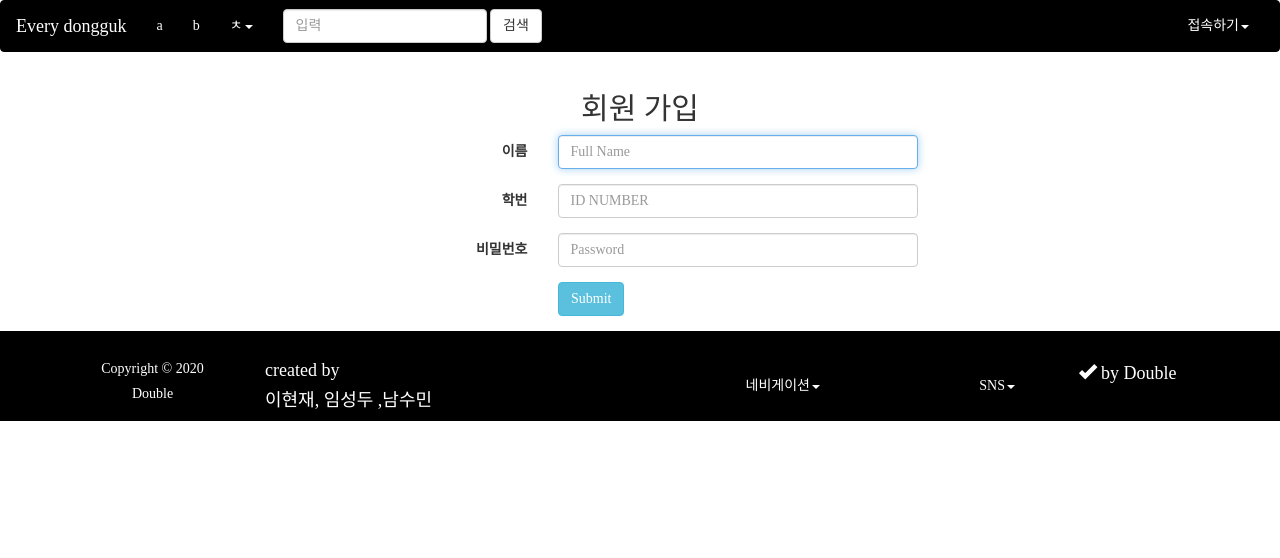
Repository: CSID-DGU/2020-1-ESCD-DOUBLE
Page: http://localhost/web/WEB-INF/views/register/registerForm.jsp
An editor plug-in stored every save of this project. The page is shown before and after the next save, followed by the edit.
The browser window is 1280 px wide. The pictures show the whole page.
Some web fonts or font styles are not loaded; a fallback is used. Some web libraries are served in a nearby version. The page is served by Tomcat 9. Nobody is signed in. Other server files are loaded and not shown. The template is opened directly, without the code that normally fills it, so the values that code supplies are empty.

Above is the page before, as saved 2020-04-29 08:13:08.

### web/src/main/webapp/WEB-INF/views/register/registerForm.jsp
<%@ page language="java" contentType="text/html; charset=EUC-KR"
    pageEncoding="EUC-KR"%>
<!DOCTYPE html>
<html>
<head>
<meta charset="EUC-KR">
<title>Insert title here</title>
<link rel="stylesheet" href="resources/css/bootstrap.css">
<link rel="stylesheet" href="resources/css/customize.css">
</head>
<body>
<script src="https://code.jquery.com/jquery-3.1.1.min.js"></script>
<script src="resources/js/bootstrap.js"></script>

<style type="text/css">


</style>

<%@include file="../template/header.jsp"%>







<div class="container text-center text-center">
            <form class="form-horizontal" role="form">
              <center>  <h2>회원 가입</h2>  </center>


				<div class="form-group" action="register_ok" method="post">
                    <label for="lastName" class="col-sm-5 control-label">이름</label>
                    <div class="col-sm-4">
                        <input type="text" id="firstName" name="name" placeholder="Full Name" class="form-control" autofocus>

                    </div>
                </div>
				<div class="form-group">
                    <label for="ID Number" class="col-sm-5 control-label">학번</label>
                    <div class="col-sm-4">
                        <input type="text" id="firstName" name="stuid" placeholder="ID NUMBER" class="form-control" autofocus>

                    </div>
                </div>

                <div class="form-group">
                    <label for="password" class="col-sm-5 control-label">비밀번호</label>
                    <div class="col-sm-4">
                        <input type="password" id="password" name="pw" placeholder="Password" class="form-control">
                    </div>
                </div>

                <div class="form-group">
                    <div class="col-md-5 col-sm-offset-3">
                        <button type="submit" class="btn btn-info">Submit</button>
                    </div>
                </div>
            </form> <!-- /form -->
        </div> <!-- ./container -->










<%@include file="../template/footer.jsp"%>
</body>
</html>

### web/src/main/webapp/WEB-INF/views/template/header.jsp
<%@ page language="java" contentType="text/html; charset=EUC-KR"
    pageEncoding="EUC-KR"%>
<!DOCTYPE html>
<html>
<head>
<meta charset="EUC-KR">
<title>Insert title here</title>
<link rel="stylesheet" href="resources/css/bootstrap.css">
<link rel="stylesheet" href="resources/css/customize.css">
</head>
<body>
<script src="https://code.jquery.com/jquery-3.1.1.min.js"></script>
<script src="resources/js/bootstrap.js"></script>

<style type="text/css">


</style>
<nav class="navbar navbar-default">
	<div class="container-fluid">

		<div class="navbar-header">
			<button type="button" class="navbar-toggle collapsed" data-toggle="collapse"
			data-target="#bs-example-navbar-collapse-1" aria-expanded="false"><!-- 크기를 줄였을때 나타나는 버튼 -->
				<span class="sr-only"></span>
				<span class="icon-bar"></span>
				<span class="icon-bar"></span>
				<span class="icon-bar"></span>
			</button>
			<a class="navbar-brand" href="index">Every dongguk</a>
		</div>

		<div class="collapse navbar-collapse" id="bs-example-navbar-collapse-1"><!-- 네비 중간 대부분을 차지함 -->
			<ul class="nav navbar-nav">
				<li class="active"><a href="a">a<span class="sr-only"></span></a></li>
				<li><a href="#">b</a></li>
				<li class="dropdown">
				<a href="#" class="dropdown-toggle" data-toggle="dropdown" role="button"
				aria-haspopup="true" aria-expanded="false">ㅊ<span class="caret"></span></a><!-- dropdown 연결이 어떤식인지는 모르겠지만 -->
					<ul class="dropdown-menu">
						<li><a href="#">냐옹</a></li>
						<li><a href="#">머멍</a></li>
						<li><a href="#">왈왈</a></li>
					</ul>
				</li>
			</ul>
			<form class="navbar-form navbar-left">
				<div class="form-group">
				<input type="text" class="form-control" placeholder="입력"></div>
				<button type="submit" class="btn btn-default">검색</button>
			</form>

			<ul class="nav navbar-nav navbar-right">
				<li class="dropdown">
					<a href="#" class="dropdown-toggle" data-toggle="dropdown" role="button"
					aria-haspopup="true" aria-expanded="false">접속하기<span class="caret"></span></a>
					<ul class="dropdown-menu">
						<li><a href="login_form">로그인</a></li>
						<li><a href="register_form">회원가입</a></li>
					</ul>

				</li>
			</ul>

		</div>
	</div>
</nav>



</body>
</html>

### web/src/main/webapp/WEB-INF/views/template/footer.jsp
<%@ page language="java" contentType="text/html; charset=EUC-KR"
    pageEncoding="EUC-KR"%>
<!DOCTYPE html>
<html>
<head>
<meta charset="EUC-KR">
<title>Insert title here</title>
<link rel="stylesheet" href="resources/css/bootstrap.css">
<link rel="stylesheet" href="resources/css/customize.css">
</head>
<body>
<script src="https://code.jquery.com/jquery-3.1.1.min.js"></script>
<script src="resources/js/bootstrap.js"></script>

<style type="text/css">
#footul ,#footul2{
color:white;}
#footul:hover ,#footul2:hover{

background-color:black;


}
#footul:focus,#footul2:hover{
background-color:black;}

</style>

<footer style="background-color: #000000;color:#ffffff">
	<div class="container">
		<br>
		<div class="row">
			<div class="col-sm-2" style="text-align: center;"><h5>Copyright &copy; 2020</h5><h5>Double </h5></div>
			<div class="col-sm-4"><h4>created by<h4><p>이현재, 임성두 ,남수민</p></div>
			<div class="col-sm-2"><h4 style="text-align:center;"></h4>

						<ul class="nav navbar-nav navbar-right">
				<li class="dropdown">
					<a href="#" class="dropdown-toggle" data-toggle="dropdown" role="button"
					aria-haspopup="true" aria-expanded="false" id="footul">네비게이션<span class="caret"></span></a>
					<ul class="dropdown-menu">
						<li><a href="#">냐옹</a></li>
						<li><a href="#">멍멍</a></li>
					</ul>

				</li>
			</ul>
			</div>
			<div class="col-sm-2"><h4 style="text-align:center;"></h4>



							<ul class="nav navbar-nav navbar-right">
				<li class="dropdown">
					<a href="#" class="dropdown-toggle" data-toggle="dropdown" role="button"
					aria-haspopup="true" aria-expanded="false" id="footul2">SNS<span class="caret"></span></a>
					<ul class="dropdown-menu">
						<li><a href="#">뭔가 개발자 이메일 보내기?</a></li>
						<li><a href="#">뭐 그런거...</a></li>
					</ul>

				</li>
			</ul>

			</div>
			<div class="col-sm-2"><h4 style="text-align:center;"><span class="glyphicon glyphicon-ok"></span>&nbsp;by Double</h4></div>
	</div>


</div>
</footer>


</body>
</html>

### web/src/main/webapp/resources/css/customize.css
@import url(http://fonts.googleapis.com/earlyaccess/nanumgothic.css);
*{font-family:'Nanum Gothic';}
a{
	color:#000000;
	text-decoration:none;
}
a:hover{
	color:#bbbbbb;
	text-decoration:none;
	cursor:pointer;
}
.navbar-default{/*까만색!*/
	background-color:#000000;
	border-color:#000000;
}
.navbar-default .navbar-brand{
	color:#ffffff;/*하얀색!*/
}
.navbar-default .navbar-brand:hover,
.navbar-default .navbar-brand:focus{
	background-color:transparent;
	color:#bbbbbb;
}
.navbar-default .navbar-nav> .active>a,
.navbar-default .navbar-nav> .active>a:hover,
.navbar-default .navbar-nav> .active>a:focus{
	color:white;
	background-color:#000000;
}
.navbar-default .navbar-nav> li>a:hover,
.navbar-default .navbar-nav> li>a:focus{
	color:#bbbbbb;
}
.navbar-default .navbar-nav> .open>a,
.navbar-default .navbar-nav> .open>a:hover,
.navbar-default .navbar-nav> .open>a:focus{
	color:#000000;
	background-color:#ffffff;
	text-decoration:none;
}
.navbar-default .navbar-nav>li>a{
	color:white;
}
@media(max-width:767px){
	.navbar-default .navbar-nav .open .dropdown-menu>li>a{
	color:#ffffff;}
	.navbar-default .navbar-nav .open .dropdown-menu>li>a:hover,
	.navbar-default .navbar-nav .open .dropdown-menu>li>a:focus{
	color:#bbbbbb;}

}

Loaded but not shown: web/src/main/webapp/resources/css/bootstrap.css (library); web/src/main/webapp/resources/js/bootstrap.js (library)

After the next save:
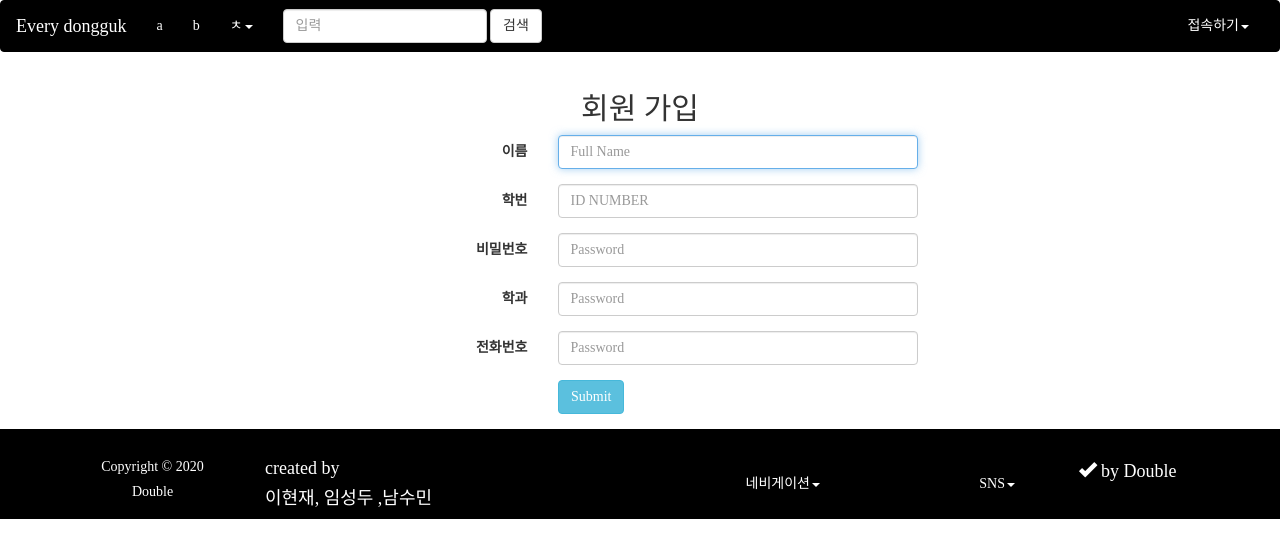
Saved 92 s later.
--- a/web/src/main/webapp/WEB-INF/views/register/registerForm.jsp
+++ b/web/src/main/webapp/WEB-INF/views/register/registerForm.jsp
@@ -33,14 +33,14 @@
 				<div class="form-group" action="register_ok" method="post">
                     <label for="lastName" class="col-sm-5 control-label">이름</label>
                     <div class="col-sm-4">
-                        <input type="text" id="firstName" name="name" placeholder="Full Name" class="form-control" autofocus>
+                        <input type="text" id="firstName" name="Sname" placeholder="Full Name" class="form-control" autofocus>
 
                     </div>
                 </div>
 				<div class="form-group">
                     <label for="ID Number" class="col-sm-5 control-label">학번</label>
                     <div class="col-sm-4">
-                        <input type="text" id="firstName" name="stuid" placeholder="ID NUMBER" class="form-control" autofocus>
+                        <input type="text" id="firstName" name="Sid" placeholder="ID NUMBER" class="form-control" autofocus>
 
                     </div>
                 </div>
@@ -48,9 +48,24 @@
                 <div class="form-group">
                     <label for="password" class="col-sm-5 control-label">비밀번호</label>
                     <div class="col-sm-4">
-                        <input type="password" id="password" name="pw" placeholder="Password" class="form-control">
+                        <input type="password" id="password" name="Spw" placeholder="Password" class="form-control">
                     </div>
                 </div>
+
+                <div class="form-group">
+                    <label for="password" class="col-sm-5 control-label">학과</label>
+                    <div class="col-sm-4">
+                        <input type="password" id="password" name="Smajor" placeholder="Password" class="form-control">
+                    </div>
+                </div>
+
+                <div class="form-group">
+                    <label for="password" class="col-sm-5 control-label">전화번호</label>
+                    <div class="col-sm-4">
+                        <input type="password" id="password" name="Snum" placeholder="Password" class="form-control">
+                    </div>
+                </div>
+
 
                 <div class="form-group">
                     <div class="col-md-5 col-sm-offset-3">
